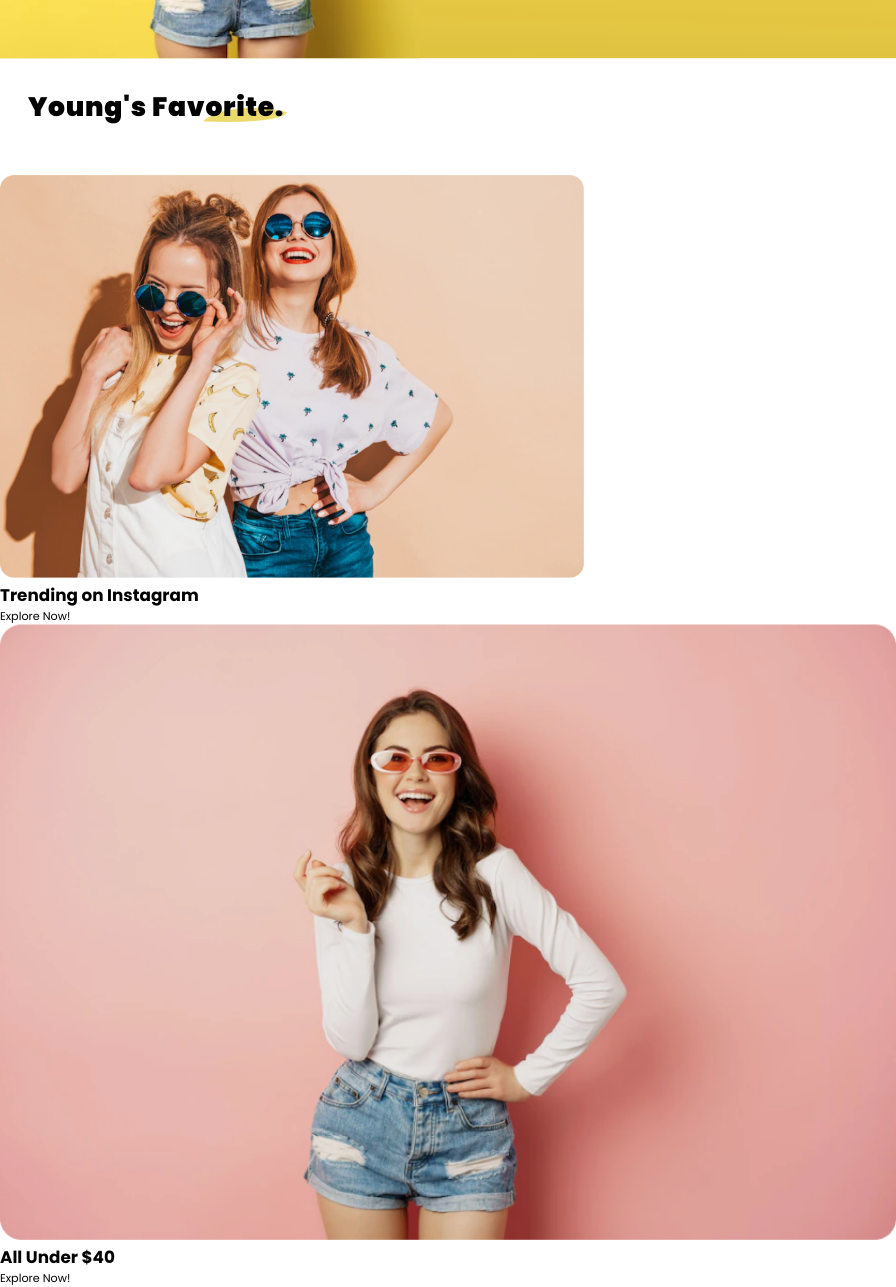
Repository: isaacCodes1/FashionSite
Page: index.html
An editor plug-in stored every save of this project. The page is shown before and after the next save, followed by the edit.
The browser window is 1280 px wide. The pictures show the part of the page from y = 2193 to 4113 px (the page is 4031 px tall before and 4338 px after), at 70% of full size.

Above is the page before, as saved 2024-03-12 22:56:53.

After the next save:
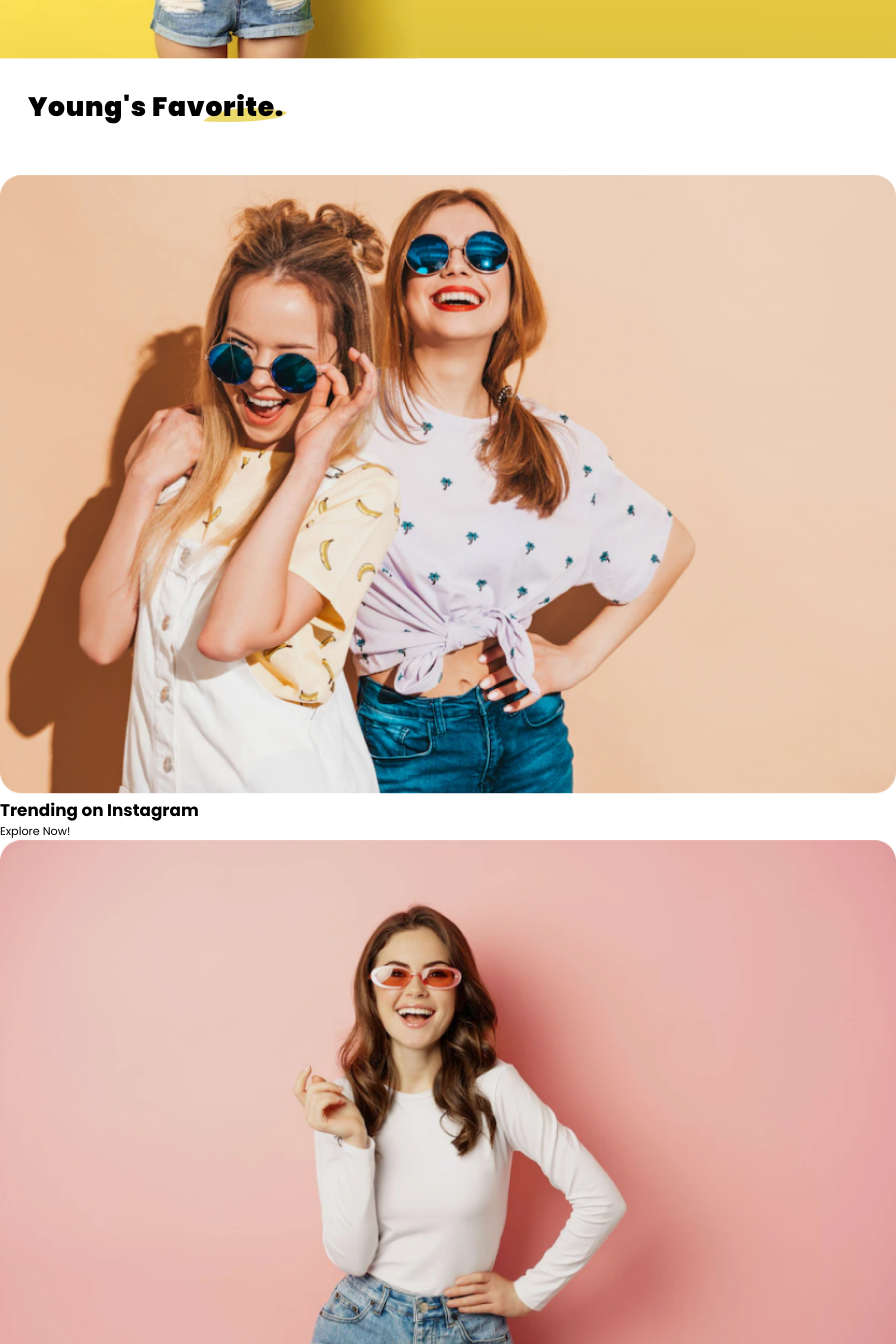
Saved 45 s later.
--- a/index.html
+++ b/index.html
@@ -125,7 +125,7 @@
       </section>
       <section>
         <!-- img1 -->
-        <div class="gilsSectn">
+        <div class="girlsSectn">
           <div class="section">
             <div class="girlsImg">
               <img src="/Assets/Girls.png" alt="" />

After the save that followed:
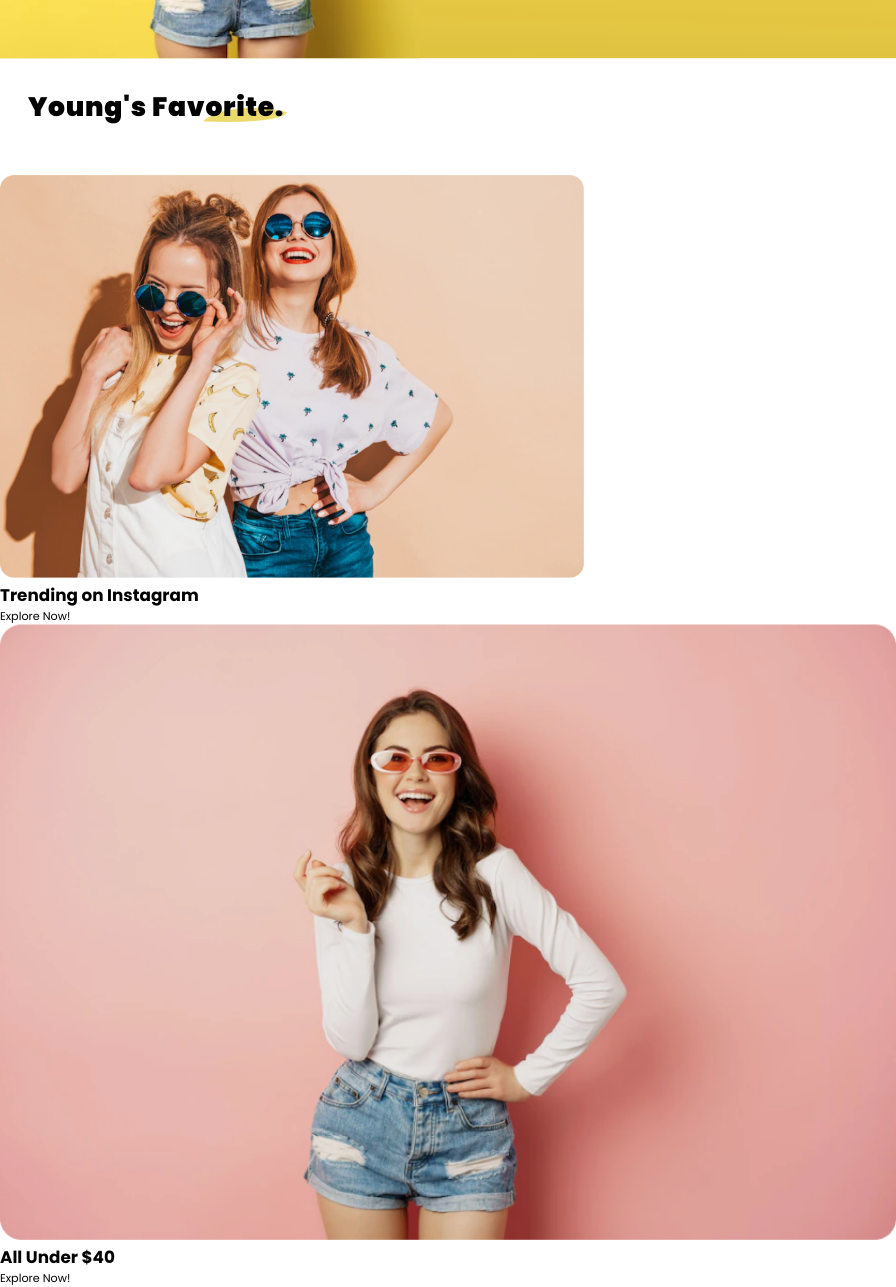
Saved 18 s later.
--- a/style.css
+++ b/style.css
@@ -307,7 +307,7 @@
   width: 10%;
   z-index: -1;
 }
-.gilsSectn{
+.girlsSectn{
   display: flex;
   gap: 30px;
 }
